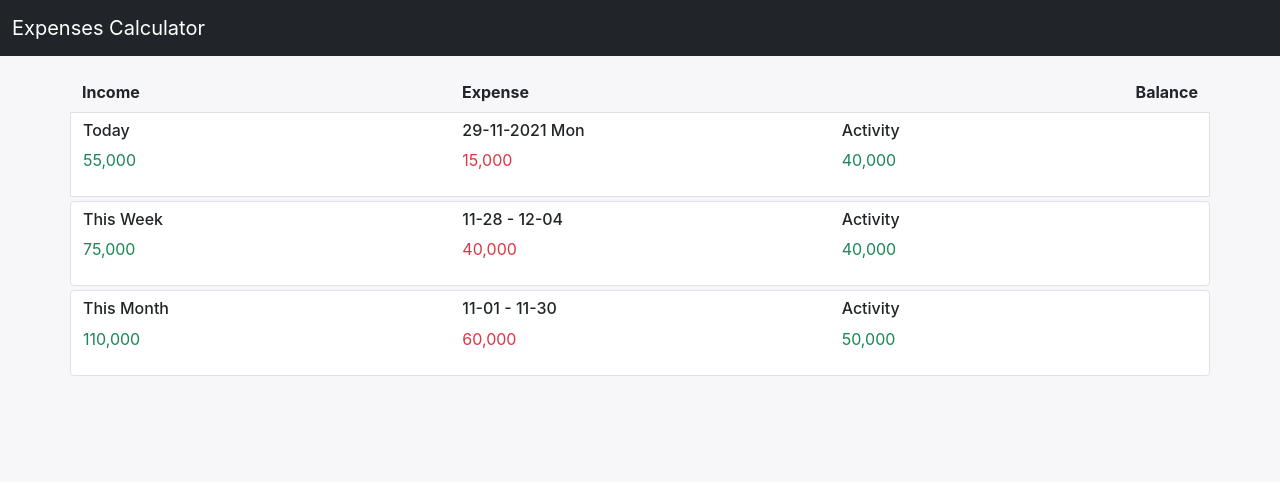
Repository: eidankhan/expenses-calculator
Page: /
The author's editor kept a copy of each file at every save. The page is drawn from the files as they stood at one save, then again after the next save.
The browser window is 1280 px wide. The pictures show the whole page.
The project was rebuilt for these pictures with package versions that can differ from the ones it lists, and the page was loaded fresh each time. Also part of the build but not shown: src/components/SaveIncome.js.

Above is the page before, as saved 2021-11-29 18:11:37.

### public/index.html
<!DOCTYPE html>
<html lang="en">
  <head>
    <meta charset="utf-8" />
    <link rel="icon" href="%PUBLIC_URL%/favicon.ico" />
    <meta name="viewport" content="width=device-width, initial-scale=1" />
    <meta name="theme-color" content="#000000" />
    <meta
      name="description"
      content="Web site created using create-react-app"
    />
    <link rel="apple-touch-icon" href="%PUBLIC_URL%/logo192.png" />
    <link rel="manifest" href="%PUBLIC_URL%/manifest.json" />
    <!-- CSS only -->
    <link
      href="https://cdn.jsdelivr.net/npm/bootstrap@5.1.3/dist/css/bootstrap.min.css"
      rel="stylesheet"
      integrity="sha384-1BmE4kWBq78iYhFldvKuhfTAU6auU8tT94WrHftjDbrCEXSU1oBoqyl2QvZ6jIW3"
      crossorigin="anonymous"
    />
    <title>Shopping Cart App</title>
  </head>
  <body>
    <noscript>You need to enable JavaScript to run this app.</noscript>
    <div id="root"></div>
    <!-- JavaScript Bundle with Popper -->
    <script
      src="https://cdn.jsdelivr.net/npm/bootstrap@5.1.3/dist/js/bootstrap.bundle.min.js"
      integrity="sha384-ka7Sk0Gln4gmtz2MlQnikT1wXgYsOg+OMhuP+IlRH9sENBO0LRn5q+8nbTov4+1p"
      crossorigin="anonymous"
    ></script>
  </body>
</html>

### src/index.css
body {
  margin: 0;
  font-family: -apple-system, BlinkMacSystemFont, 'Segoe UI', 'Roboto', 'Oxygen',
    'Ubuntu', 'Cantarell', 'Fira Sans', 'Droid Sans', 'Helvetica Neue',
    sans-serif;
  -webkit-font-smoothing: antialiased;
  -moz-osx-font-smoothing: grayscale;
}

code {
  font-family: source-code-pro, Menlo, Monaco, Consolas, 'Courier New',
    monospace;
}

body{
  background-color: #F7F7F9;
}

### src/App.js
// import {
//   BrowserRouter as Router,
//   Routes,
//   Route,
// } from "react-router-dom";

import { IncomeSummary } from "./components/IncomeSummary";
import { Navbar } from "./components/Navbar";
import { SaveIncome } from "./components/SaveIncome";

function App() {
  return (
    <>
      <Navbar />
      <div className="container my-3">
        {/* <SaveIncome/> */}
        <IncomeSummary/>
      </div>
    </>
  );
}

export default App;

### src/components/IncomeSummary.js
import React from "react";

export const IncomeSummary = () => {
  return (
    <div className="my-3">
      <div className="row">
        <div className="col-md-4 my-2">
          <strong>Income</strong>
        </div>
        <div className="col-md-4 my-2 ">
          <strong>Expense</strong>
        </div>
        <div className="col-md-4 my-2">
          <strong className="float-end">Balance</strong>
        </div>
      </div>
      <div className="row border rounder" style={{ backgroundColor: "white" }}>
        <div className="col-md-4 my-2" m>
          <h6> Today </h6>
          <p className="text-success"> 55,000</p>
        </div>
        <div className="col-md-4 my-2">
          <h6> 29-11-2021 Mon </h6>
          <p className="text-danger"> 15,000</p>
        </div>
        <div className="col-md-4 my-2 float-end">
          <h6> Activity </h6>
          <p className="text-success"> 40,000</p>
        </div>
      </div>
      <div
        className="row border rounded my-1"
        style={{ backgroundColor: "white" }}
      >
        <div className="col-md-4 my-2">
          <div className="cards">
            <h6> This Week </h6>
            <p className="text-success"> 75,000</p>
          </div>
        </div>
        <div className="col-md-4 my-2">
          <h6> 11-28 - 12-04 </h6>
          <p className="text-danger"> 40,000</p>
        </div>
        <div className="col-md-4 my-2">
          <h6> Activity </h6>
          <p className="text-success"> 40,000</p>
        </div>
      </div>
      <div
        className="row border rounded my-1"
        style={{ backgroundColor: "white" }}
      >
        <div className="col-md-4 my-2">
          <div className="cards">
            <h6> This Month </h6>
            <p className="text-success"> 110,000</p>
          </div>
        </div>
        <div className="col-md-4 my-2">
          <h6> 11-01 - 11-30 </h6>
          <p className="text-danger"> 60,000</p>
        </div>
        <div className="col-md-4 my-2">
          <h6> Activity </h6>
          <p className="text-success"> 50,000</p>
        </div>
      </div>
    </div>
  );
};

### src/components/Navbar.js
import React from "react";

export const Navbar = () => {
  return (
    <nav className="navbar navbar-dark bg-dark">
      <div className="container-fluid">
        <a className="navbar-brand" href="/" > Expenses Calculator</a>

        {/* <form className="d-flex">
          <input
            className="form-control me-2"
            type="search"
            placeholder="Search"
            aria-label="Search"
          />
          <button className="btn btn-outline-success" type="submit">
            Search
          </button>
        </form> */}

      </div>
    </nav>
  );
};

Loaded but not shown: src/index.js (common file)

After the next save:
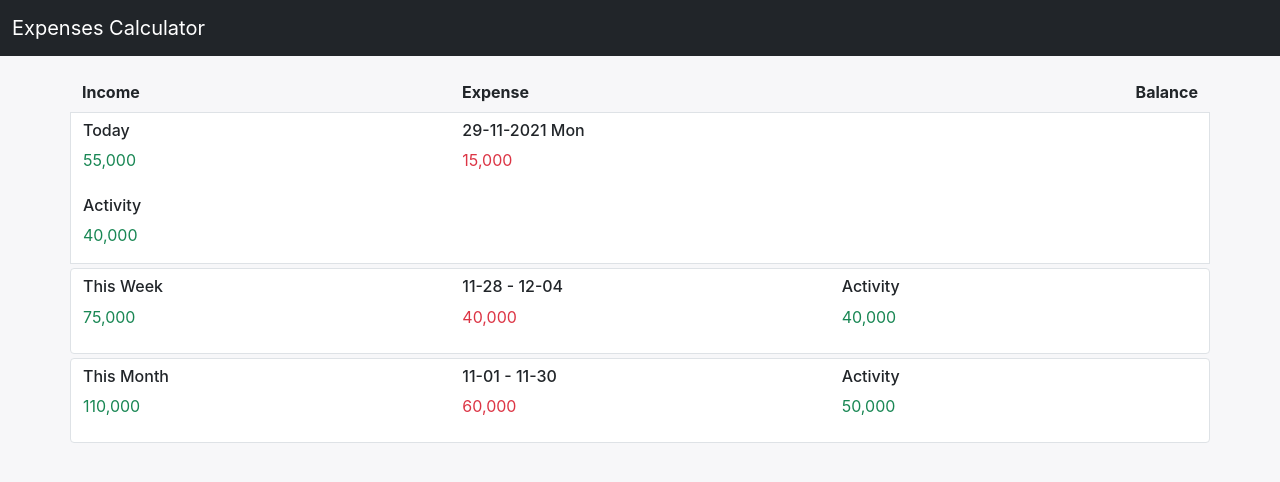
Saved 16 s later.
--- a/src/components/IncomeSummary.js
+++ b/src/components/IncomeSummary.js
@@ -23,7 +23,7 @@ export const IncomeSummary = () => {
           <h6> 29-11-2021 Mon </h6>
           <p className="text-danger"> 15,000</p>
         </div>
-        <div className="col-md-4 my-2 float-end">
+        <div className=" float-end">
           <h6> Activity </h6>
           <p className="text-success"> 40,000</p>
         </div>
